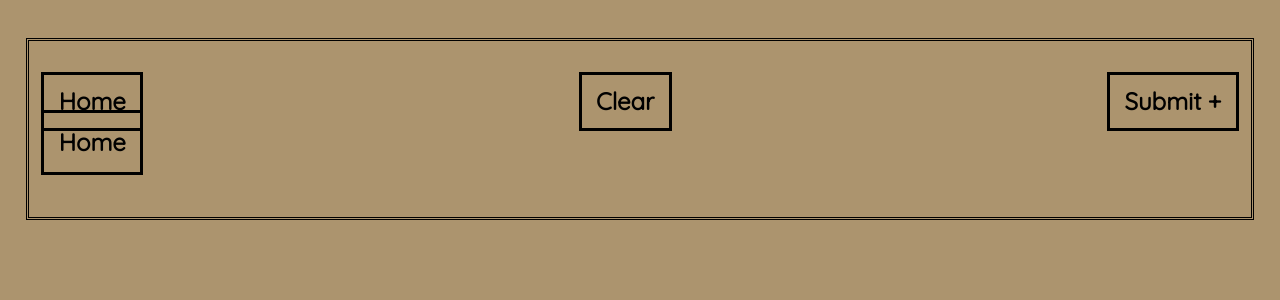
Repository: rickypcyt/ricky-react-portfolio
Page: /WebMural
These files come from the project's save history. The page is drawn as it stood at one moment and after a run of saves; the edit follows.
The browser window is 1280 px wide. The pictures show the whole page.
The project was rebuilt for these pictures with package versions that can differ from the ones it lists, and the page was loaded fresh each time. Also part of the build but not shown: src/Content.js, src/pages/Info.js, src/pages/Projects.js, src/pages/Contact.js, src/pages/NotesJS.js.

Above is the page before, as saved 2022-09-12 15:05:23.

After the next 2 saves:
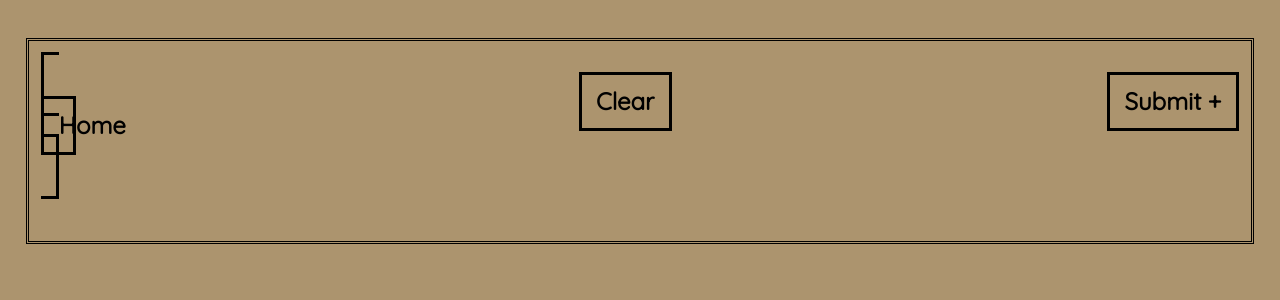
The 2 saves are shown as one change because they came seconds apart.
The last was saved 20 s later.
--- a/src/pages/WebMural.js
+++ b/src/pages/WebMural.js
@@ -32,8 +32,9 @@
       <nav className="cabeceranavi">
         <ol>
           <div>
-            <div className="oli">Home</div>
-            <CustomLink to="/" className="oli">Home</CustomLink>
+            <CustomLink to="/" className="oli">
+              <div className="oli">Home</div>
+            </CustomLink>
           </div>
           <nav className="oli" onClick={() => handleImageChange(null)}>
             Clear

After the 3 saves that followed:
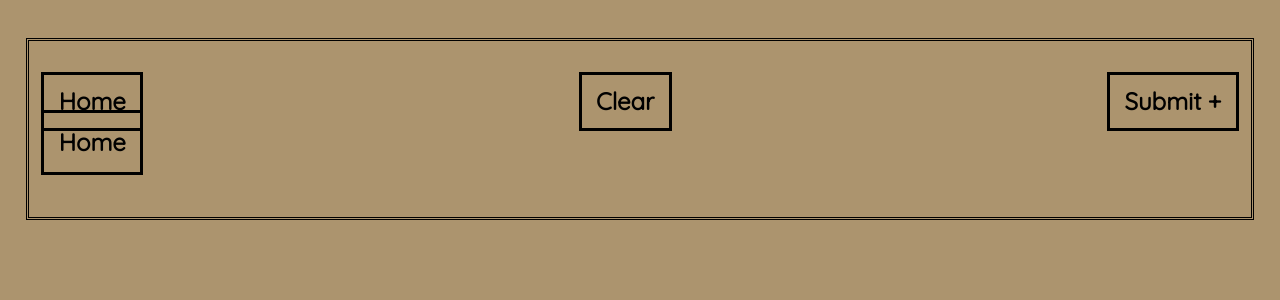
The 3 saves are shown as one change because 1 left the picture as it was and some came seconds apart.
The last was saved 9 s later.
--- a/src/pages/WebMural.js
+++ b/src/pages/WebMural.js
@@ -32,9 +32,8 @@
       <nav className="cabeceranavi">
         <ol>
           <div>
-            <CustomLink to="/" className="oli">
-              <div className="oli">Home</div>
-            </CustomLink>
+            <div className="oli">Home</div>
+            <CustomLink to="/" className="oli">Home</CustomLink>
           </div>
           <nav className="oli" onClick={() => handleImageChange(null)}>
             Clear
